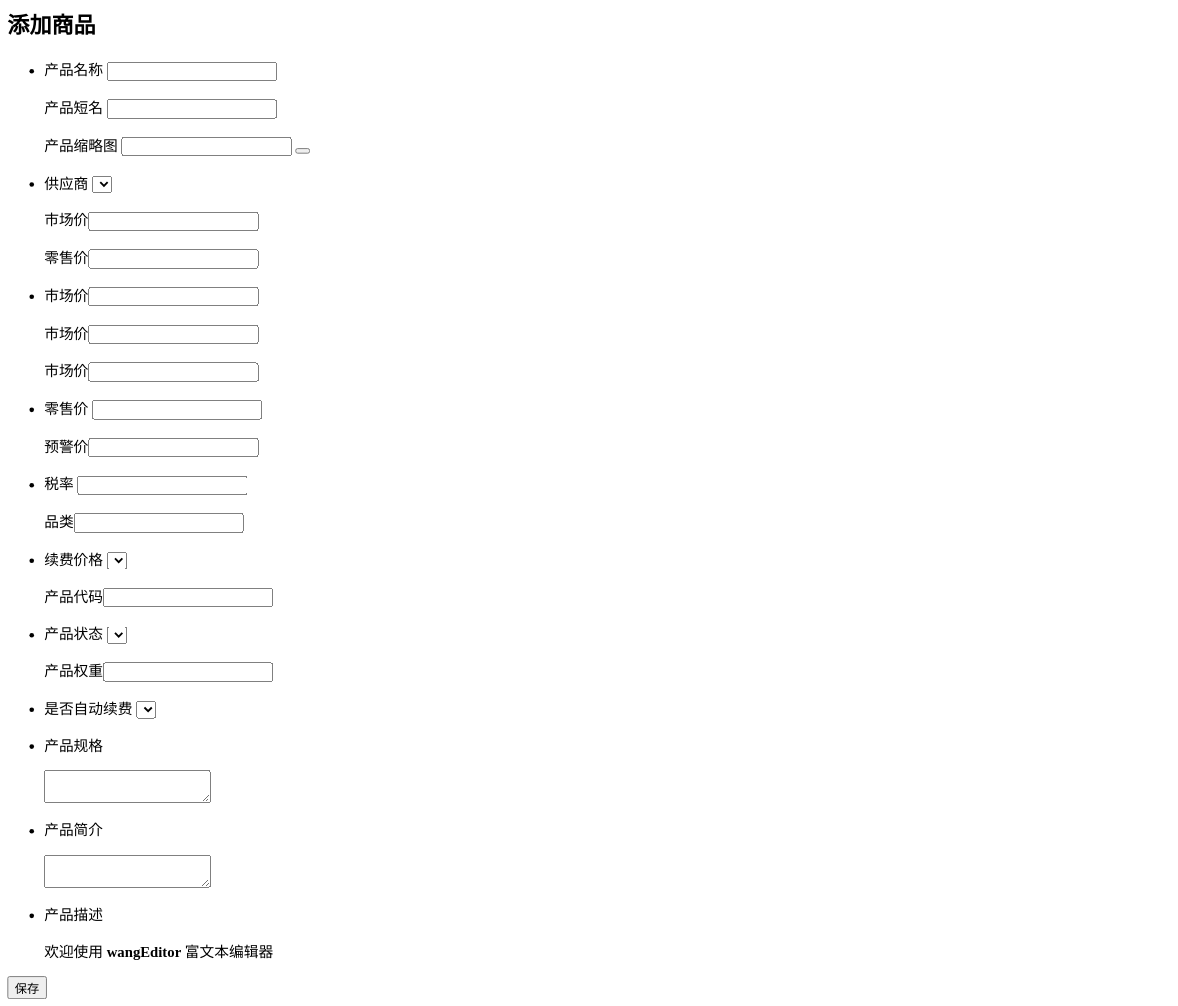
Repository: wangyan466393/racentSystem
Page: addProduct.html
These files come from the project's save history. The page is drawn as it stood at one moment and after the next save; the edit follows.
The browser window is 1280 px wide. The pictures show the whole page, at 92% of full size.

Above is the page before, as saved 2020-08-19 21:30:07.

### addProduct.html
<div id="content_box">
    <h2>添加商品</h2>
    <div class="config_box">
        <div class="price_content">
            <ul>
                <li>
                    <p>
                        <span>产品名称</span>
                        <input type="text" >
                    </p>
                    <p>
                        <span>产品短名</span>
                        <input type="text" >
                    </p>
                    <p class="thumb_box">
                        <span>产品缩略图</span>
                        <label class="input_group">
                            <input type="text" class="form-control">
                            <span class="input-group-btn">
                                <button type="button" class="btn"></button>
                            </span>
                        </label>
                    </p>
                </li>
                <li>
                    <p>
                        <span>供应商</span>
                        <select name="" id="" class="config_inp">
                            <option value=""></option>
                        </select>
                    </p>
                    <p>
                        <span>市场价</span><input type="number" >
                    </p>
                    <p>
                        <span>零售价</span><input type="number" >
                    </p>
                </li>
                <li>
                    <p>
                        <span>市场价</span><input type="number" >
                    </p>
                    <p>
                        <span>市场价</span><input type="number" >
                    </p>
                    <p>
                        <span>市场价</span><input type="number" >
                    </p>
                </li>
                <li>
                    <p>
                        <span>零售价</span>
                        <input type="number" class="config_inp">
                    </p>
                    <p>
                        <span>预警价</span><input type="number" class="config_inp">
                    </p>
                </li>
                <li>
                    <p>
                        <span>税率</span>
                        <input type="number" class="config_inp">
                    </p>
                    <p>
                        <span>品类</span><input type="text" class="config_inp">
                    </p>
                </li>
                <li>
                    <p>
                        <span>续费价格</span>
                        <select name="" id="" class="sel">
                            <option value=""></option>
                        </select>
                    </p>
                    <p>
                        <span>产品代码</span><input type="text" class="config_inp">
                    </p>
                </li>
                <li>
                    <p>
                        <span>产品状态</span>
                        <select name="" id="" class="sel">
                            <option value=""></option>
                        </select>
                    </p>
                    <p>
                        <span>产品权重</span><input type="text" class="config_inp">
                    </p>
                </li>
                <li>
                    <p>
                        <span>是否自动续费</span>
                        <select name="" id="" class="sel">
                            <option value=""></option>
                        </select>
                    </p>
                </li>

                <li>
                    <p> <span>产品规格</span></p>
                    <textarea class="e_content description"></textarea>
                </li>
                <li>
                    <p> <span>产品简介</span></p>
                    <textarea class="e_content description"></textarea>

                </li>
                <li>
                    <p> <span>产品描述</span></p>
                    <div id="editor" style="width: 100%;">
                        <p>欢迎使用 <b>wangEditor</b> 富文本编辑器</p>
                    </div>

                </li>
            </ul>
        </div>
    </div>
</div>
<div class="email_back_btn">
    <button type="button">保存</button>
</div>

After the next save:
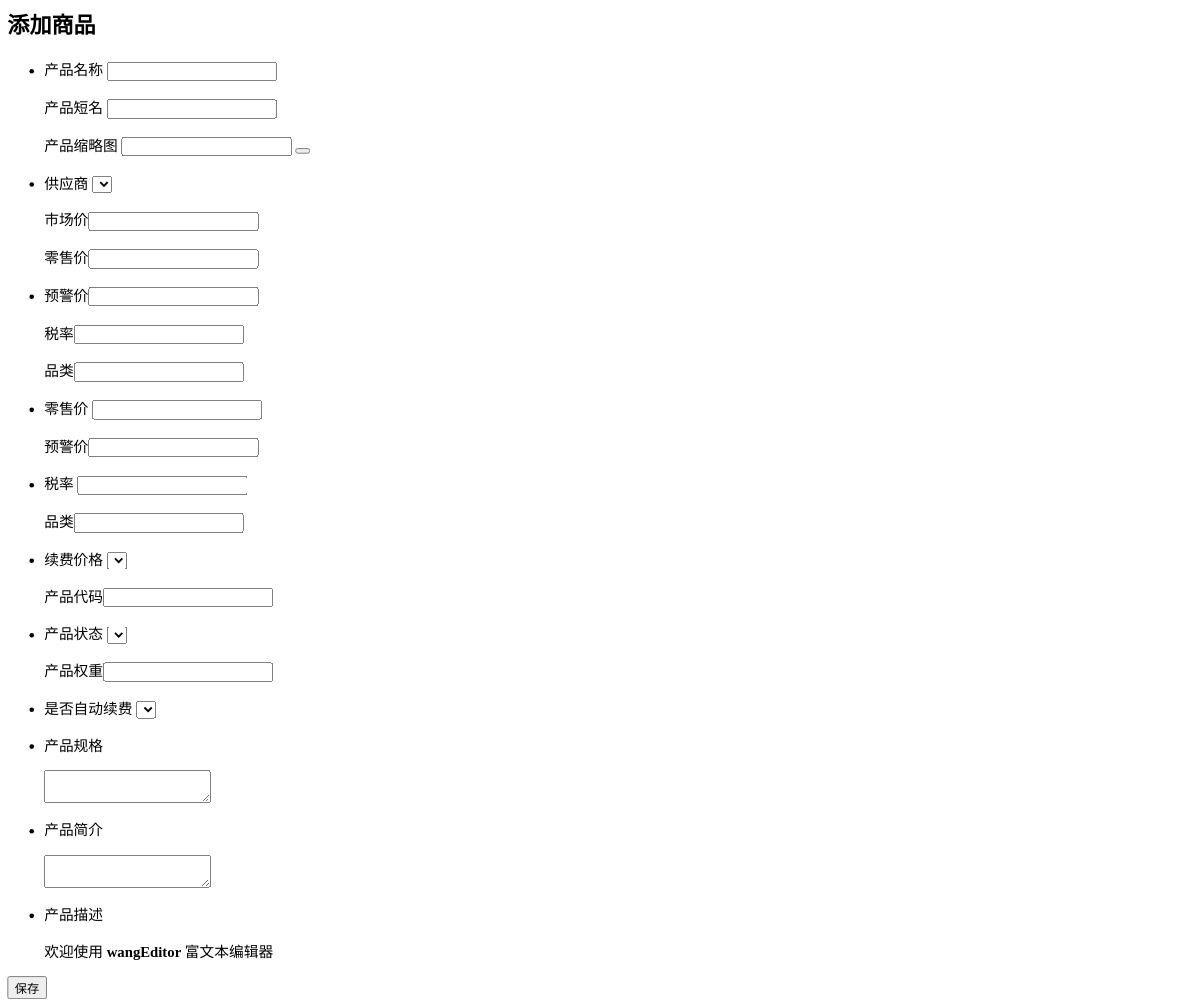
Saved 27 s later.
--- a/addProduct.html
+++ b/addProduct.html
@@ -38,13 +38,13 @@
                 </li>
                 <li>
                     <p>
-                        <span>市场价</span><input type="number" >
+                        <span>预警价</span><input type="number" >
                     </p>
                     <p>
-                        <span>市场价</span><input type="number" >
+                        <span>税率</span><input type="number" >
                     </p>
                     <p>
-                        <span>市场价</span><input type="number" >
+                        <span>品类</span><input type="text" >
                     </p>
                 </li>
                 <li>
